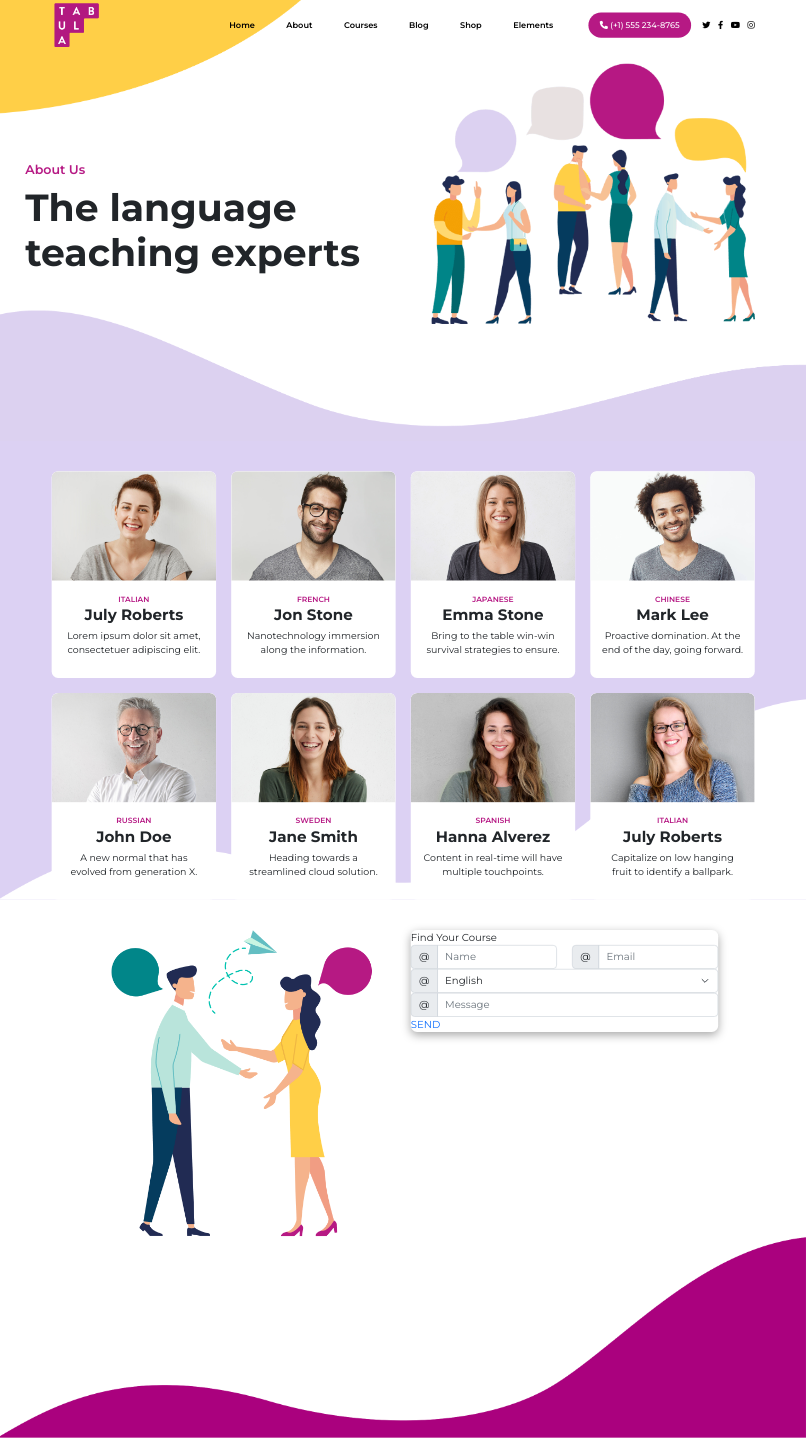
Repository: minhtrivu6199/tabula
Page: index.html
An editor plug-in stored every save of this project. The page is shown before and after the next save, followed by the edit.
The browser window is 1280 px wide. The pictures show the whole page, at 63% of full size.
Some web libraries are served in a nearby version. The style sheet was rebuilt from its Sass, Less or Tailwind sources for each picture, by a compiler version that may differ from the author's.

Above is the page before, as saved 2022-09-28 10:45:29.

### index.html
<!DOCTYPE html>
<html lang="en">
  <head>
    <title>Tabula</title>
    <link rel="shortcut icon" href="img/crest.png" type="image/x-icon" />
    <!-- Required meta tags -->
    <meta charset="utf-8" />
    <meta
      name="viewport"
      content="width=device-width, initial-scale=1, shrink-to-fit=no"
    />

    <!-- Font -->
    <link rel="preconnect" href="https://fonts.googleapis.com" />
    <link rel="preconnect" href="https://fonts.gstatic.com" crossorigin />
    <link
      href="https://fonts.googleapis.com/css2?family=Montserrat:wght@300;400;500;600;700&display=swap"
      rel="stylesheet"
    />

    <!-- Bootstrap CSS v5.2.0-beta1 -->
    <link
      rel="stylesheet"
      href="https://cdn.jsdelivr.net/npm/bootstrap@5.2.0/dist/css/bootstrap.min.css"
      integrity="sha384-gH2yIJqKdNHPEq0n4Mqa/HGKIhSkIHeL5AyhkYV8i59U5AR6csBvApHHNl/vI1Bx"
      crossorigin="anonymous"
    />

    <!-- FontAwesome 6.1.1 CSS -->
    <link
      rel="stylesheet"
      href="https://cdnjs.cloudflare.com/ajax/libs/font-awesome/6.1.1/css/all.min.css"
      integrity="sha512-KfkfwYDsLkIlwQp6LFnl8zNdLGxu9YAA1QvwINks4PhcElQSvqcyVLLD9aMhXd13uQjoXtEKNosOWaZqXgel0g=="
      crossorigin="anonymous"
      referrerpolicy="no-referrer"
    />

    <!-- CSS -->
    <link rel="stylesheet" href="./css/style.min.css" />
  </head>

  <body>
    <!-- HEADER -->
    <header class="header">
      <nav class="navbar navbar-expand-lg navbar-fixed-top bg-transparent p-0">
        <div class="container">
          <div class="header-left">
            <a href="" class="navbar-brand logo">
              <img src="./img/crest.png" alt="" />
            </a>
          </div>
          <div class="header-right">
            <div class="header-menu d-xs-none">
              <ul class="navbar-nav menu">
                <li class="nav-item">
                  <a href="" class="nav-link"> Home </a>
                </li>
                <li class="nav-item">
                  <a href="" class="nav-link"> About </a>
                </li>
                <li class="nav-item">
                  <a href="" class="nav-link"> Courses </a>
                </li>
                <li class="nav-item">
                  <a href="" class="nav-link"> Blog </a>
                </li>
                <li class="nav-item">
                  <a href="" class="nav-link"> Shop </a>
                </li>
                <li class="nav-item">
                  <a href="" class="nav-link"> Elements </a>
                </li>
              </ul>
            </div>
            <div class="header-right-inner">
              <div class="header-btn">
                <a href="" class="btn-default">
                  <span class="btnWidgetIcon">
                    <i class="fa fa-phone"></i>
                  </span>
                  <span class="btnWidgetText"> (+1) 555 234-8765 </span>
                </a>
              </div>
              <a href="" class="iconWidget">
                <div class="btnWidgetIcon">
                  <i class="fab fa-twitter"></i>
                </div>
              </a>
              <a href="" class="iconWidget">
                <div class="btnWidgetIcon">
                  <i class="fab fa-facebook-f"></i>
                </div>
              </a>
              <a href="" class="iconWidget">
                <div class="btnWidgetIcon">
                  <i class="fab fa-youtube"></i>
                </div>
              </a>
              <a href="" class="iconWidget">
                <div class="btnWidgetIcon">
                  <i class="fab fa-instagram"></i>
                </div>
              </a>
            </div>
          </div>
        </div>
      </nav>
    </header>
    <!-- END HEADER -->

    <!-- CONTENT WRAP -->
    <section class="contentWrap">
      <div class="contentHolder">
        <div class="contentPort">
          <div class="cell">
            <div class="cell-inner">
              <div class="row">
                <div class="col-6">
                  <div class="col-content">
                    <span class="subtitle"> About Us </span>
                    <h1 class="title">The language teaching experts</h1>
                  </div>
                </div>
                <div class="col-6">
                  <div class="col-content">
                    <div class="col-thumb">
                      <img src="./img/hero_team.png" alt="" />
                    </div>
                  </div>
                </div>
              </div>
            </div>
          </div>
        </div>
        <div class="top-img">
          <img src="./img/yellow_top_wave_01.png" alt="" />
        </div>
        <div class="bottom-img">
          <img src="./img/Violet_top_left_wave.png" alt="" />
        </div>
      </div>
    </section>
    <!-- END CONTENTWRAP -->

    <!-- CARD -->
    <section class="groupCard">
      <div class="container pt-5">
        <div class="row">
          <div class="col-lg-3 col-md-6 col-sm-6 col-12">
            <div class="card">
              <div class="card-img">
                <img src="./img/teacher_1.jpg" alt="" />
              </div>
              <div class="card-body">
                <div class="card-text">
                  <span class="subtitle"> italian </span>
                  <h3 class="teacherName">July Roberts</h3>
                  <p class="text">
                    Lorem ipsum dolor sit amet, consectetuer adipiscing elit.
                  </p>
                </div>
              </div>
            </div>
          </div>
          <div class="col-lg-3 col-md-6 col-sm-6 col-12">
            <div class="card">
              <div class="card-img">
                <img src="./img/teacher_2.jpg" alt="" />
              </div>
              <div class="card-body">
                <div class="card-text">
                  <span class="subtitle"> FRENCH </span>
                  <h3 class="teacherName">Jon Stone</h3>
                  <p class="text">
                    Nanotechnology immersion along the information.
                  </p>
                </div>
              </div>
            </div>
          </div>
          <div class="col-lg-3 col-md-6 col-sm-6 col-12">
            <div class="card">
              <div class="card-img">
                <img src="./img/teacher_3.jpg" alt="" />
              </div>
              <div class="card-body">
                <div class="card-text">
                  <span class="subtitle"> JAPANESE </span>
                  <h3 class="teacherName">Emma Stone</h3>
                  <p class="text">
                    Bring to the table win-win survival strategies to ensure.
                  </p>
                </div>
              </div>
            </div>
          </div>
          <div class="col-lg-3 col-md-6 col-sm-6 col-12">
            <div class="card">
              <div class="card-img">
                <img src="./img/teacher_4.jpg" alt="" />
              </div>
              <div class="card-body">
                <div class="card-text">
                  <span class="subtitle"> CHINESE </span>
                  <h3 class="teacherName">Mark Lee</h3>
                  <p class="text">
                    Proactive domination. At the end of the day, going forward.
                  </p>
                </div>
              </div>
            </div>
          </div>
        </div>
        <div class="row pt-4">
          <div class="col-lg-3 col-md-6 col-sm-6 col-12">
            <div class="card">
              <div class="card-img">
                <img src="./img/teacher_5.jpg" alt="" />
              </div>
              <div class="card-body">
                <div class="card-text">
                  <span class="subtitle"> RUSSIAN </span>
                  <h3 class="teacherName">John Doe</h3>
                  <p class="text">
                    A new normal that has evolved from generation X.
                  </p>
                </div>
              </div>
            </div>
          </div>
          <div class="col-lg-3 col-md-6 col-sm-6 col-12">
            <div class="card">
              <div class="card-img">
                <img src="./img/teacher_6.jpg" alt="" />
              </div>
              <div class="card-body">
                <div class="card-text">
                  <span class="subtitle"> SWEDEN </span>
                  <h3 class="teacherName">Jane Smith</h3>
                  <p class="text">
                    Heading towards a streamlined cloud solution.
                  </p>
                </div>
              </div>
            </div>
          </div>
          <div class="col-lg-3 col-md-6 col-sm-6 col-12">
            <div class="card">
              <div class="card-img">
                <img src="./img/teacher_7.jpg" alt="" />
              </div>
              <div class="card-body">
                <div class="card-text">
                  <span class="subtitle"> SPANISH </span>
                  <h3 class="teacherName">Hanna Alverez</h3>
                  <p class="text">
                    Content in real-time will have multiple touchpoints.
                  </p>
                </div>
              </div>
            </div>
          </div>
          <div class="col-lg-3 col-md-6 col-sm-6 col-12">
            <div class="card">
              <div class="card-img">
                <img src="./img/teacher_8.jpg" alt="" />
              </div>
              <div class="card-body">
                <div class="card-text">
                  <span class="subtitle"> italian </span>
                  <h3 class="teacherName">July Roberts</h3>
                  <p class="text">
                    Capitalize on low hanging fruit to identify a ballpark.
                  </p>
                </div>
              </div>
            </div>
          </div>
        </div>
      </div>
      <div class="bottom-img">
        <img src="./img/Wave_White_bottom_right_shape_01.png" alt="" />
      </div>
    </section>
    <!-- END CARD -->

    <!-- FIND COURSE -->
    <section class="findCourse">
      <div class="container pt-5">
        <div class="cell">
          <div class="cell-inner">
            <div class="row">
              <div class="col-lg-6 col-md-12">
                <div class="col-thumb">
                  <img src="./img/conatct_inner.png" alt="" />
                </div>
              </div>
              <div class="col-lg-6 col-md-12">
                <div class="col-form">
                  <form class="form" action="">
                    <span class="title"> Find Your Course </span>
                    <div class="row">
                      <div class="input-group flex-nowrap col-6 w-50">
                        <span class="input-group-text">@</span>
                        <input
                          type="text"
                          class="form-control"
                          placeholder="Name"
                        />
                      </div>
                      <div class="input-group flex-nowrap col-6 w-50">
                        <span class="input-group-text">@</span>
                        <input
                          type="text"
                          class="form-control"
                          placeholder="Email"
                        />
                      </div>

                      <div class="input-group">
                        <span class="input-group-text">@</span>
                        <select
                          class="form-select"
                          aria-label="Default select example"
                        >
                          <option selected>English</option>
                          <option value="1">French</option>
                          <option value="2">Spanish</option>
                          <option value="3">German</option>
                        </select>
                      </div>
                      <div class="input-group">
                        <span class="input-group-text">@</span>
                        <input
                          type="text"
                          class="form-control"
                          placeholder="Message"
                        />
                      </div>
                      <div class="input-group">
                        <a href="" class="btn-default">
                            <span>SEND</span>
                        </a>
                      </div>
                    </div>
                  </form>
                </div>
              </div>
            </div>
          </div>
        </div>
      </div>
      <div class="bottom-img">
        <img src="./img/accent_bottom_wave_01.png" alt="">
      </div>
    </section>
    <!-- Bootstrap JavaScript Libraries -->
    <script
      src="https://cdn.jsdelivr.net/npm/@popperjs/core@2.11.5/dist/umd/popper.min.js"
      integrity="sha384-Xe+8cL9oJa6tN/veChSP7q+mnSPaj5Bcu9mPX5F5xIGE0DVittaqT5lorf0EI7Vk"
      crossorigin="anonymous"
    ></script>

    <script
      src="https://cdn.jsdelivr.net/npm/bootstrap@5.2.0/dist/js/bootstrap.min.js"
      integrity="sha384-ODmDIVzN+pFdexxHEHFBQH3/9/vQ9uori45z4JjnFsRydbmQbmL5t1tQ0culUzyK"
      crossorigin="anonymous"
    ></script>
  </body>
</html>

### scss/style.scss
* {
    margin: 0;
    padding: 0;
    box-sizing: border-box;
}

html, body {
    font-family: 'Montserrat', sans-serif;
}

a {
    text-decoration: none;
}

ul {
    list-style: none;
}

img {
    max-width: 100%;
    height: auto;
}


.header {
    position:absolute;
    width: 100%;
    z-index: 2;
    display: block;
    .navbar{
        .container {
            height: 80px;
            justify-content: space-between;
            .header-left {
                height: 100%;
                .logo {
                    position: relative;
                    z-index: 2;
                    img {
                        width: 80px;
                        display: block;
                    }
                }
            }

            .header-right {
                display: flex;
                justify-content: space-between;
                .header-menu {
                    .menu {
                        .nav-item {
                            display: block;
                            padding: 0 50px 0 0;
                            .nav-link {
                                font-weight: 600;
                                color: #000;
                                line-height: 80px;
                                display: block;
                                position: relative;
                                padding: 0;
                                font-size: 13px;
                                &:hover {
                                    color: #b61984;
                                }
                                &::after {
                                    content: '';
                                    display: block;
                                    position:absolute;
                                    bottom: -4px;
                                    margin-left: -4px;
                                    left: 50%;
                                    height: 8px;
                                    width: 8px;
                                    border-radius: 50%;
                                    transition: all 0.3s ease;
                                    transform: scale(0);
                                    background-color: #b61984;
                                }
                                &:hover::after{
                                    transform: scale(1.1);
                                }
                            }
                        }
                    }
                }

                .header-right-inner {
                    display: flex;
                    line-height: 38px;
                    align-items: center;
                    vertical-align: middle;
                    font-size: 16px;
                    .header-btn {
                        display: inline-block;
                        line-height: 1;
                        width: auto;
                        .btn-default {
                            color: #fff;
                            padding: 12px 18px;
                            margin: 6px;
                            font-weight: 500;
                            text-align: center;
                            background: transparent;
                            box-shadow: 0 0 0 36px #b61984 inset;
                            transition: all 0.3s ease;
                            border-radius: 50px;
                            font-size: 13px;
                            &:hover {
                                color: #b61984;
                                box-shadow: 0 0 0 1px #b61984 inset;
                            }
                        }
                    }

                    .iconWidget {
                        margin-left: 12px;
                        color: #000;
                        font-size: 13px;
                        transition: all 0.3s ease;
                        &:hover {
                            color: #b61984;
                        }
                    }
                }
            }
        }
    }
}

.contentWrap {
    .contentHolder{
        position: relative;
        .contentPort {
            display: flex;
            justify-content: center;
            flex-flow: row nowrap;
            .cell {
                width: 1200px;
                max-width: calc(100% - 60px);
                display: block;
                .cell-inner {
                    .row {
                        position: relative;
                        flex-flow: row nowrap;
                        justify-content: center;
                        padding: 60px 0;
                        align-items: center;
                        flex-basis: 50%;
                        // max-width: 70%;
                        // margin: 0 auto;
                        z-index: 1;
                        .col-6 {
                            .col-content {
                                justify-content: center;
                                .subtitle {
                                    font-size: 20px;
                                    margin-bottom: 10px;
                                    color:#b61984;
                                    font-weight: 600;
                                    display: block;
                                }

                                .title {
                                    font-size: 60px;
                                    font-weight: 700;
                                }

                                .col-thumb {
                                    display: block;
                                    line-height: 0;
                                }
                            }
                        }
                    }
                }
            }
        }
        .top-img {
            top: 0;
            right: 0;
            left: 0;
            position:absolute;
            img {
                width: 100%;
                height: auto;
                display: block;
                user-select: none;
            }
        }

        .bottom-img {
            position: absolute;
            bottom: 0;
            right: 0;
            left: 0;
            .img {
                width: 100%;
                height: auto;
                display: block;
                user-select: none;
            }
        }
    }
}

.groupCard {
    background-color: #dcd1f3;
    position: relative;
    .container {
        .row {
            .card {
                border-radius: 10px;
                border: none;
                z-index: 2;
                transition-delay: 0.2s;
                transition: all 0.5s ease-out;
                &:hover {
                    box-shadow: rgba(0, 0, 0, 0.35) 0px 5px 15px;
                }
                .card-img {
                    overflow: hidden;
                    border-radius: 10px 10px 0 0;
                    img {
                        border-radius: 10px 10px 0 0;
                        transition: transform 1000ms cubic-bezier(.190,1,.220,1),opacity 1000ms cubic-bezier(.190,1,.220,1);
                        &:hover {
                            transform: scale(1.05);
                            .card > & {
                                box-shadow: rgba(0, 0, 0, 0.35) 0px 5px 15px;
                            }
                        }
                    }
                }

                .card-body {
                    text-align: center;
                    .subtitle {
                        font-size: 12px;
                        color: #b61984;
                        font-weight: 600;
                        text-transform: uppercase;
                    }

                    .teacherName {
                        font-size: 24px;
                        font-weight: 700;
                    }

                    .text {
                        font-size: 15px;
                    }
                }
            }
        }
    }
    .bottom-img {
        position: absolute;
        bottom: 0;
        right: 0;
        left: 0;
        img {
            display: block;
            user-select: none;
        }
    }
}

.findCourse {
    position: relative;
    .container {
        display: flex;
        justify-content: center;
        .cell {
            width: 1000px;
            max-width: calc(100% - 60px);
            display: block;
            .cell-inner {
                .row {
                    .col-thumb {
                        justify-self: flex-start;
                        img {
                            display: block;
                            line-height: 0;
                        }
                    }

                    .col-form {
                        .form {
                            border-radius: 10px;
                            border: none;
                            box-shadow: rgba(0, 0, 0, 0.35) 0px 5px 15px;
                            .title {

                            }

                            .row {
                                .input-group {
                                    .input-group-text {

                                    }

                                    .form-control {

                                    }

                                    .btn-default {

                                    }
                                }
                            }
                        }
                    }
                }
            }
        }
    }

    .bottom-img {

    }
}

After the next save:
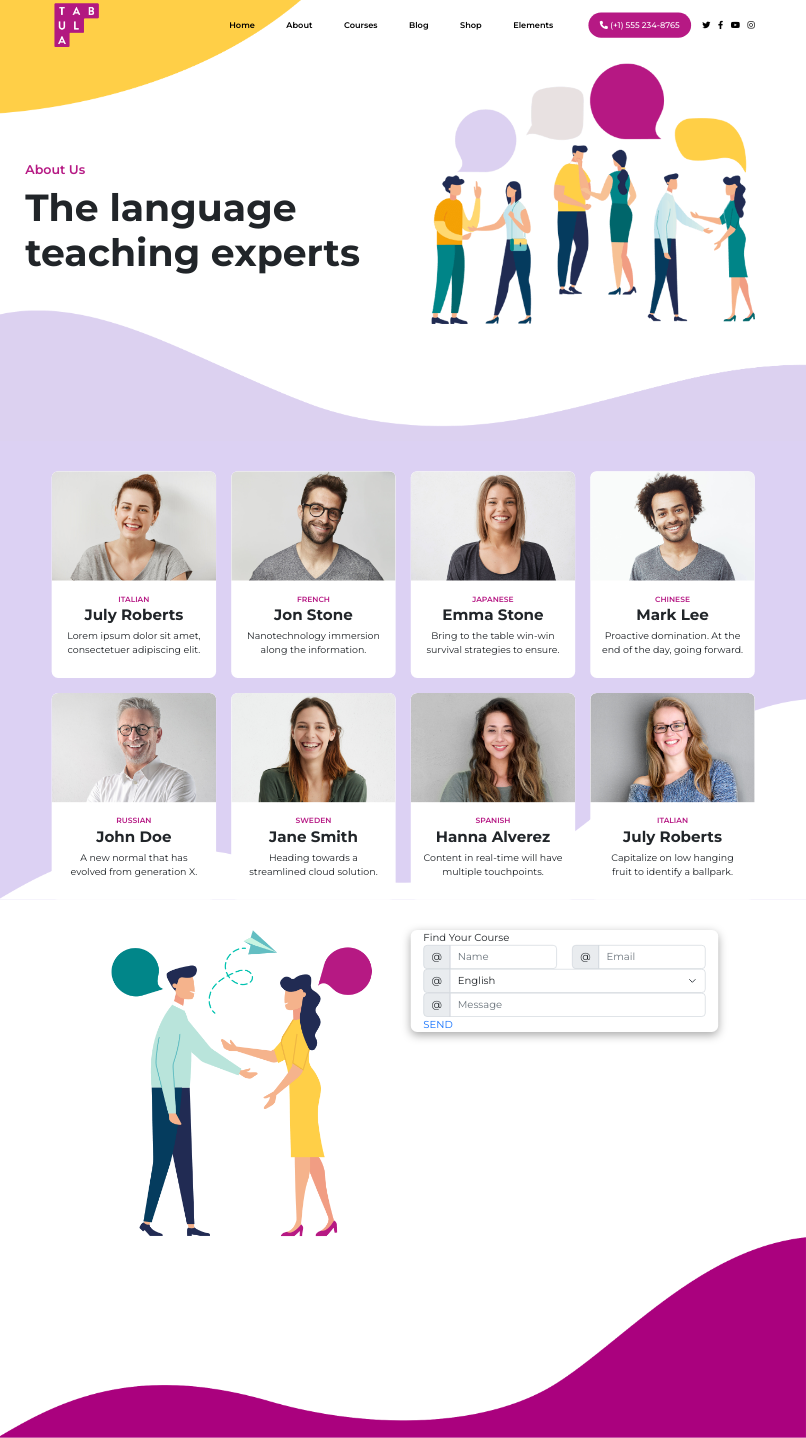
Saved 71 s later.
--- a/scss/style.scss
+++ b/scss/style.scss
@@ -289,6 +289,7 @@ img {
                             border-radius: 10px;
                             border: none;
                             box-shadow: rgba(0, 0, 0, 0.35) 0px 5px 15px;
+                            padding: 0 20px;
                             .title {
 
                             }
